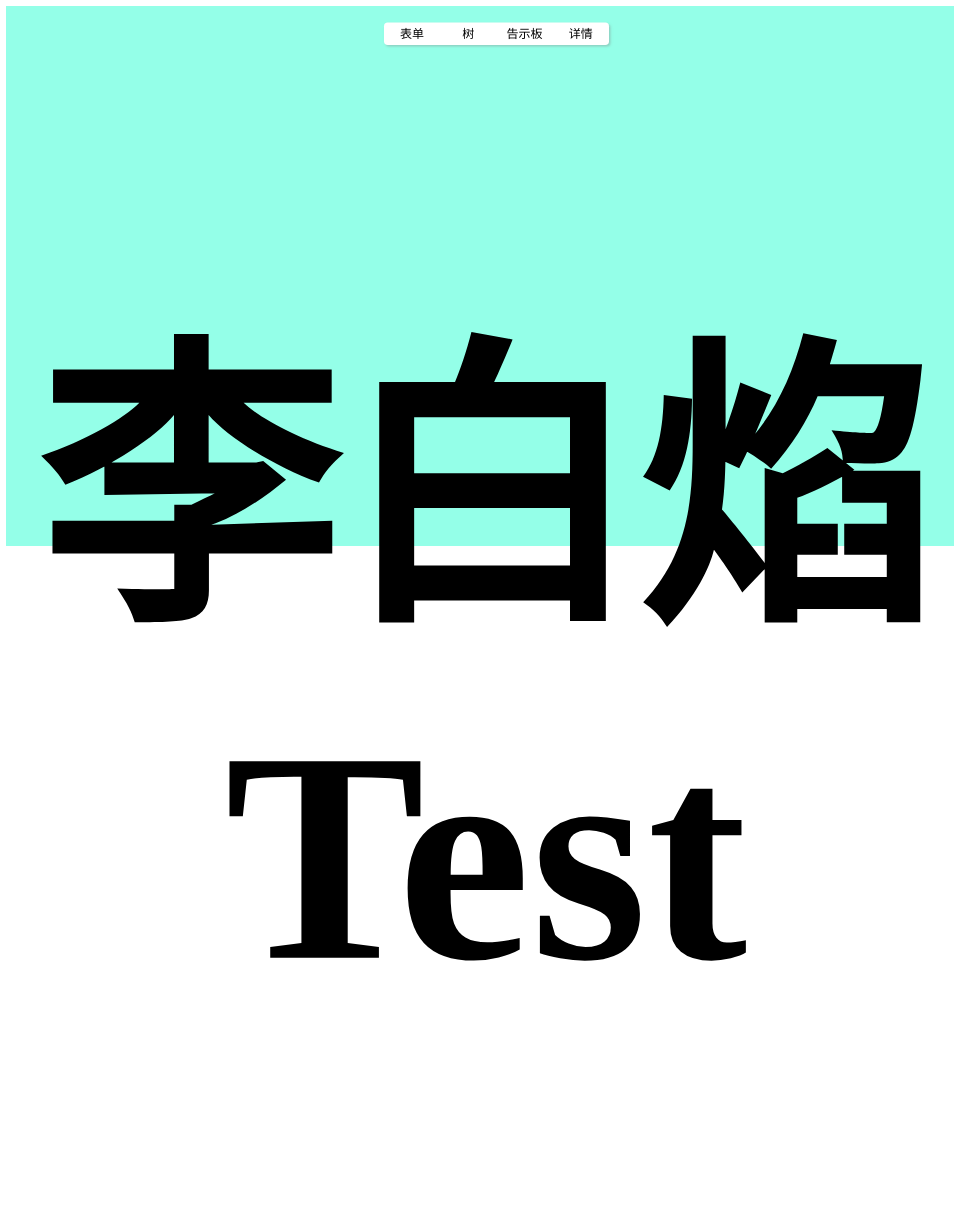
Repository: lxl0302/ClassBegin_-sound_code
Page: /
An editor plug-in stored every save of this project. The page is shown before and after the next save, followed by the edit.
The browser window is 1280 px wide. The page is 1288 px wide, so the pictures cover 1288 px, including what lies to the right of the window. The pictures show the whole page, at 75% of full size.
The project was rebuilt for these pictures with package versions that can differ from the ones it lists, and the page was loaded fresh each time. Also part of the build but not shown: src/form/Form.vue, src/form/FromItem.vue, src/form/Input.vue, src/notice/KNotice.vue, src/form/index.vue, src/tree/Item1.vue, src/tree/index1.vue.

Above is the page before, as saved 2020-07-08 17:05:34.

After the next save:
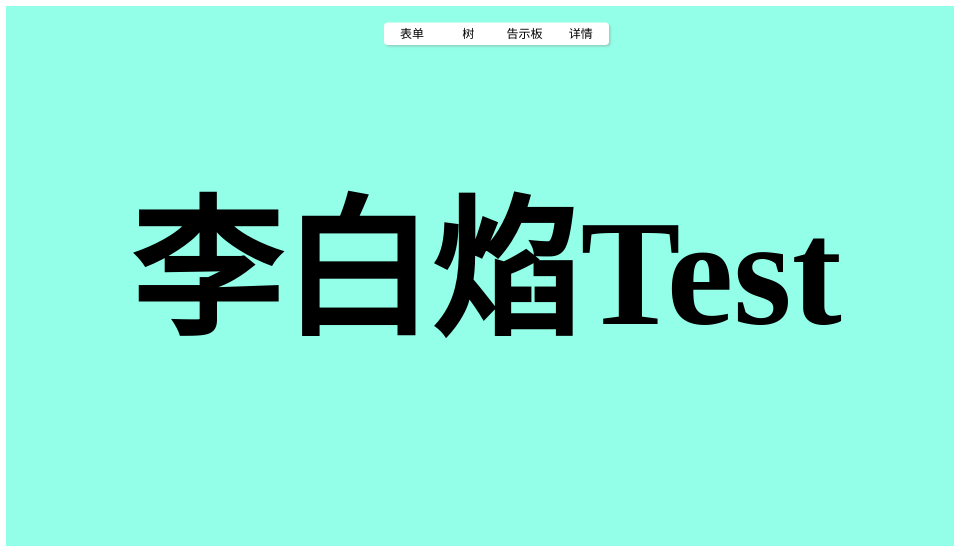
Saved 6 s later.
--- a/src/views/homepage.vue
+++ b/src/views/homepage.vue
@@ -22,6 +22,6 @@ export default {
   position: absolute;
   top: 66px;
   text-align: center;
-  font-size: 200px;
+  font-size: 100px;
 }
 </style>
